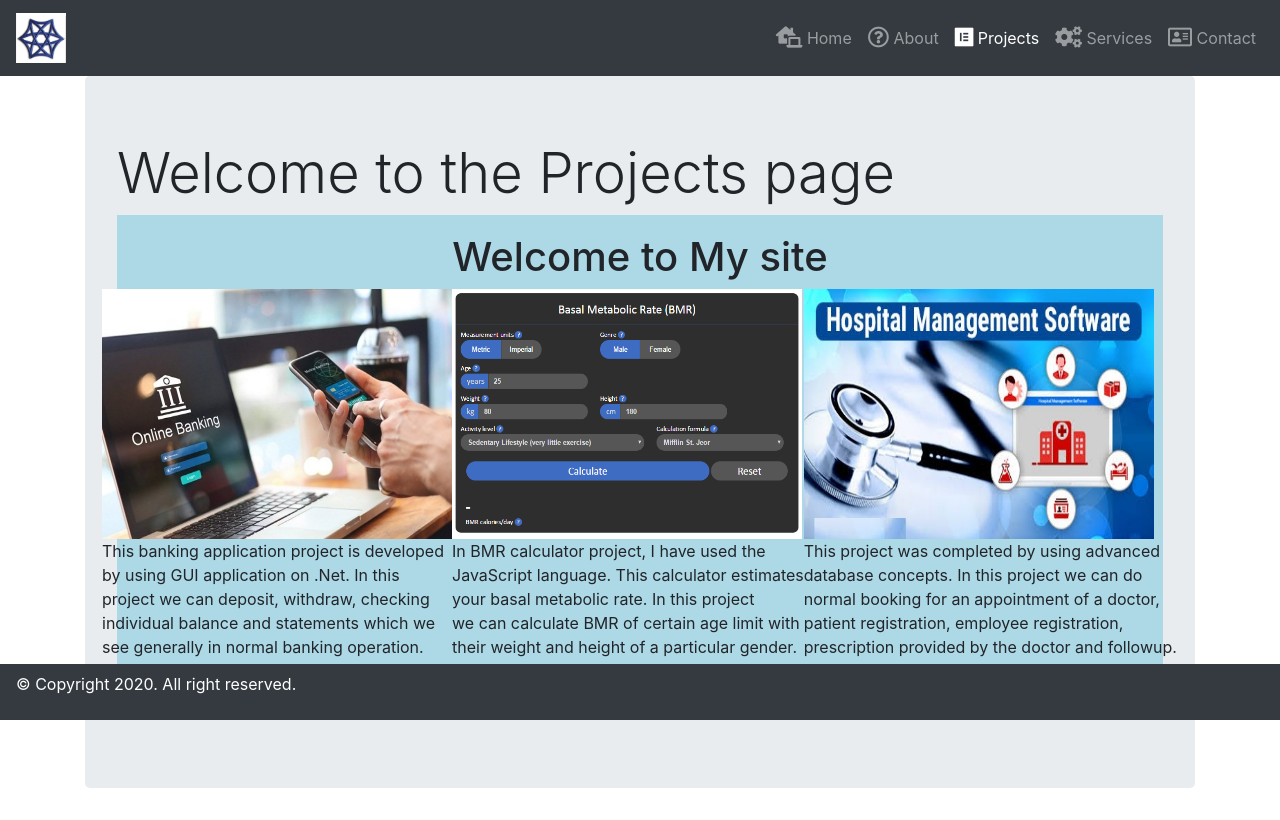
Repository: laxmangothe2020/COMP229Assignment
Page: http://localhost/projects
An editor plug-in stored every save of this project. The page is shown before and after the next save, followed by the edit.
The browser window is 1280 px wide. The pictures show the whole page.
The page is served by the project's Node server (server.js). Other server files are loaded and not shown.

Above is the page before, as saved 2021-02-11 20:54:59.

### views/index.ejs

<%- include partials/header.ejs %>

   <%- include partials/main_nav.ejs %>

      <!-- Main Contain -->
   <main class="container">
    <div class="jumbotron">
    <h1 class="display-4"> Welcome to the <%= title %> page </h1>
    <!--Using Switch case all infornation passed through here-->
      <% switch (title) {
        case 'Home' : %>
        <%- include partials/home.ejs %>
                <% break;

        case 'About' : %>
        <%- include partials/about.ejs %>
                <% break;

        case 'Projects' : %>
        <%- include partials/projects.ejs %>
                <% break;

        case 'Services' : %>
        <%- include partials/services.ejs %>
                <% break;

        case 'Contact' : %>
        <%- include partials/contact.ejs %>
              <% break;
       } %>
      <hr class="my-4">
    </div>
  </main>

   <%- include partials/bottom_nav.ejs %>


    <%- include partials/footer.ejs %>

### views/partials/header.ejs

<!DOCTYPE html>
<html lang="en">
  <head>
   <meta charset="UTF-8">
   <meta name="viewport" content="with=device-width, initial-scale=1.0">
    <title><%= title %></title>

  <!-- CSS Section-->
  <link rel="stylesheet" href="/bootstrap/dist/css/bootstrap.min.css">
  <link rel="stylesheet" href="/@fortawesome/fontawesome-free/css/all.min.css">
  <link rel='stylesheet' href='/Content/app.css'/>

</head>
<body>

### views/partials/main_nav.ejs
<!-- Main Navigation -->
   <nav class="navbar navbar-expand-lg navbar-dark bg-dark">
      <a class="navbar-brand" href="/"><img src="./Assets/images/hexagon.jpg" alt="Hexagon picture" width="50" height="50"></a>
      <button class="navbar-toggler" type="button" data-toggle="collapse" data-target="#navbarSupportedContent" aria-controls="navbarSupportedContent" aria-expanded="false" aria-label="Toggle navigation">
       <span class="navbar-toggler-icon"></span>
     </button>

     <div class="collapse navbar-collapse" id="navbarSupportedContent">
        <ul class="navbar-nav ml-auto">

          <% if (title == "Home") { %>
        <li class="nav-item active">
        <% } else { %>
        <li class="nav-item">
        <% } %>
          <a class="nav-link" href="/home"><i class="fas fa-lg fa-laptop-house"></i> Home </a>
        </li>

        <% if (title == "About") { %>
          <li class="nav-item active">
          <% } else { %>
          <li class="nav-item">
          <% } %>
        <a class="nav-link" href="/about"><i class="far fa-lg fa-question-circle"></i> About </a>
        </li>

        <% if (title == "Projects") { %>
          <li class="nav-item active">
          <% } else { %>
          <li class="nav-item">
          <% } %>
        <a class="nav-link" href="/projects"><i class="fab fa-lg fa-elementor"></i> Projects </a>
        </li>

        <% if (title == "Services") { %>
          <li class="nav-item active">
          <% } else { %>
          <li class="nav-item">
          <% } %>
        <a class="nav-link" href="/services"><i class="fas fa-lg fa-cogs"></i> Services </a>
        </li>

        <% if (title == "Contact") { %>
          <li class="nav-item active">
          <% } else { %>
          <li class="nav-item">
          <% } %>
        <a class="nav-link" href="/contact"><i class="far fa-lg fa-address-card"></i> Contact </a>

        </li>

      </div>
    </nav>

### views/partials/home.ejs
<body>
   <div style="background-color: lightblue;margin-bottom: 10px">
                    <h3 style="padding-left: 40px;padding-top:10px;color: #AA7439"><h1 style="text-align:center;">Welcome to My site</h1>
                    <div style="width: 100%;height:100%;background-color:lightblue;">
                        <img src="./Assets/images/homeimg.png" alt="3D Picture" width="450" style="float: right;margin-left: 20px;margin-right:20px;">
                       <p style="padding-left:15px; padding-right: 10px; color:#696969;margin:20px;text-align: justify;line-height:1.7;padding-bottom: 20px;">
                           Your new MyWebsite Now is here! Let's build and publish your website together. We developed this series of help articles to introduce you to the basic functions of web design with your MyWebsite Now.Our industry software experts have years of experience building business automation web solutions for a number of verticals. We use custom APIs and our mastery of web services to build web-based automation services for applications like inventory control, digital marketing and customer relationship management.
                           <br> <br><b> MISSION STATEMENT </b><br><br>
                            My mission is to have a successful careers in software engineering and graduate education with a thorough understanding of software engineering and experiential learning opportunities to apply that knowledge to solve real-world problems.
                             </p>
                    </div>
                    </div>
        <p>
         <h5 style="text-align:center;"><a href="/about"> About Page</a></h5>
        </p>
         <div >
                <div class="social" style="float:left;clear:none;float: right;">

                   <img src="./Assets/images/fbcolor.png">

                   <img src="./Assets/images/InstaColor.png">

                    <img src="./Assets/images/twitterColor.png">
                    <img src="./Assets/images/gPlusColor.png">
               </div>
            </div>

</body>

### views/partials/about.ejs

         <div id="contentEditable">


                    <div style="background-color: lightblue;">
                        <h3 style="padding-left: 40px;padding-top:20px;color: #AA7439"><h3 style="text-align:center;"> About Me </h3>
                        <div style="width: 100%;height:100%;background-color:lightblue;">
                            <img src="./Assets/images/laxman.jpeg" alt="Security for Life" width="300" style="float: right;margin-left: 30px;margin-right:30px">
                           <p style="padding-left:15px; padding-right: 10px; color:#696969;margin:20px;text-align: justify;line-height:1.7;padding-bottom: 20px;">
                             Hello, my name is Laxman Gothe. Currently, I am a student of Software Engineering Technology in the 3rd semester. I am from Nepal. I believe that learning never ends. I love hiking, rafting, and traveling to new places in my free time.
                             <br>
                             <br>
                             Regarding to my education, I had completed a bachlor's degree in Electronics and Communication Engineering fro Tribhuvan University, Nepal.
                             <br>
                             <br>
                             I had enrolled in Software Engineering Technology at Centennial College to a software developer and currently I am enrolled in 3rd semester. Software technology is my first subject that I am taking in Canada and I am enjoying it as it is my part of interest too.
                             <br>
                             <br>
                             Thank You
                             <br>
                             <br>
                             With Regards
                             <br>
                             <br>
                             Laxman Gothe
                             <br>
                             <br>
                             301102988

                           </p>
                       </div>


                    </div>
        </div>
<p>
<h5 style="text-align:center;"><a href="/public/PDF/resume.pdf"> Resume </a></h5>
</p>

### views/partials/projects.ejs
<body>
 <div style="background-color: lightblue;margin-bottom: 15px">
     <h3 style="padding-left: 40px;padding-top:10px;color: #AA7439">
        <h1 style="text-align:center;">Welcome to My site</h1> <div style="width: 100%;height:100%;background-color:lightblue;"></div>
          <div id="contentEditable">
            <div class="row">
             <div class="column">
              <img src="./Assets/images/banking.jpg" width="350" height="250">
              <p> This banking application project is developed<br>
                 by using GUI application on .Net. In this  <br>
                 project we can deposit, withdraw, checking<br>
                 individual balance and statements which we <br>
                 see generally in normal banking operation.</p>
            </div>


           <div class="column">
             <img src="./Assets/images/bmr.png" width="350" height="250" >
              <p> In BMR calculator project, I have used the<br>
                  JavaScript language. This calculator estimates <br>
                  your basal metabolic rate. In this project <br>
                  we can calculate BMR of certain age limit with <br>
                  their weight and height of a particular gender.</p>
           </div>
           <div class="column">
               <img src="./Assets/images/hospital.jpg" width="350" height="250" >
               <p> This project was completed by using advanced<br>
                   database concepts. In this project we can do <br>
                   normal booking for an appointment of a doctor,<br>
                   patient registration, employee registration,<br>
                   prescription provided by the doctor and followup.</p>
           </div>
      </div>
  </div>
 </body>

### views/partials/services.ejs


<div class="row">
    <div class="column">
        <img src="./Assets/images/mobile.jpg" width="350" height="250" >
    </div>
    <div class="column">
        <img src="./Assets/images/game.jpg" width="350" height="250" >
    </div>
    <div class="column">
        <img src="./Assets/images/quality.jpg" width="350" height="250" >
    </div>
    <br><p><b>Services we provides are:</b></p><br>
    <br><ul style="list-style-image:url(images/bullet.png);">
    <li>Mobile Development  📱</li>
    <li>Game Development  🎮</li>
    <li>Quality Assurance  🎖️</li>
    <li>Website Design  🌐</li>
    <li>Technical Support  ♻️</li>
    </ul>
</div>

### views/partials/contact.ejs
<body>
 <div style="background-color: lightblue;margin-bottom: 10px">
  <h3 style="padding-left: 40px;padding-top:10px;color: #AA7439"><h1 style="text-align:center;">Welcome to My site</h1>
   <div style="width: 100%;height:100%;background-color:lightblue;">
      <div class="container">
       <h5 class="display-5">Please Fillup the following details</h5>
         <div id="errorMessage" class="alert alert-danger" role="alert" hidden>
       </div>

     <form id="conactForm">
      <div class="form-group">
        <label for="firstName">First Name</label>
        <input type="text" class="form-control" id="firstName" name="firstName" aria-describedby="firstName"
        placeholder="Enter First Name" required autofocus>
      </div>

      <div class="form-group">
        <label for="lastName">Last Name</label>
        <input type="text" class="form-control" id="lastName" name="lastName" aria-describedby="lastName"
        placeholder="Enter Last Name" required>
      </div>

      <div class="form-group">
        <label for="contactNumber">Contact Number</label>
        <input type="tel" class="form-control" id="contactNumber" name="contactNumber" aria-describedby="contactNumber"
        placeholder="Enter Contact Number" required>
      </div>

      <div class="form-group">
        <label for="emailAddress">Email address</label>
        <input type="email" class="form-control" id="emailAddress" name="emailAddress" aria-describedby="emailAddress"
        placeholder="Enter Email" required>
      </div>

      <div class="form-group">
        <label for="shortMessage">Your Message</label>
        <textarea class="form-control" id="shortMessage"  name="shortMessage" rows="3" aria-describedby="shortMessage" placeholder="--If you have Short message, please write here--" required></textarea></textarea>
      </div>

      <button type="button" class="btn btn-outline-success">Submit</button></a>
      <!--<button id="submitButton" type="submit" class="btn btn-primary btn-lg"><i class="fas fa-share-square"></i> Send</button> -->
      <button type="button" class="btn btn-outline-danger">Cancel</button>
     </form>
     </div>
    </div>
   </div>
   </body>

### views/partials/bottom_nav.ejs
<!-- Bottom Nav -->

    <footer>

       <nav class="navbar fixed-bottom navbar-dark bg-dark">
           <p style="color:white;">&copy; Copyright 2020. All right reserved.</p>
       </nav>

    </footer>

### views/partials/footer.ejs
<!-- Script Section-->
    <script src="/jquery/dist/jquery.min.js"></script>
    <script src="/bootstrap/dist/js/bootstrap.min.js"></script>
    <script src="/Scripts/app.js"></script>
 </body>
</html>

### server.js
#!/usr/bin/env node

/**
 * Module dependencies.
 */

let app = require('./app');
let debug = require('debug')('week4:server');
let http = require('http');

/**
 * Get port from environment and store in Express.
 */

let port = normalizePort(process.env.PORT || '3000');
app.set('port', port);

/**
 * Create HTTP server.
 */

let server = http.createServer(app);

/**
 * Listen on provided port, on all network interfaces.
 */

server.listen(port);
server.on('error', onError);
server.on('listening', onListening);

/**
 * Normalize a port into a number, string, or false.
 */

function normalizePort(val) {
  let port = parseInt(val, 10);

  if (isNaN(port)) {
    // named pipe
    return val;
  }

  if (port >= 0) {
    // port number
    return port;
  }

  return false;
}

/**
 * Event listener for HTTP server "error" event.
 */

function onError(error) {
  if (error.syscall !== 'listen') {
    throw error;
  }

  let bind = typeof port === 'string'
    ? 'Pipe ' + port
    : 'Port ' + port;

  // handle specific listen errors with friendly messages
  switch (error.code) {
    case 'EACCES':
      console.error(bind + ' requires elevated privileges');
      process.exit(1);
      break;
    case 'EADDRINUSE':
      console.error(bind + ' is already in use');
      process.exit(1);
      break;
    default:
      throw error;
  }
}

/**
 * Event listener for HTTP server "listening" event.
 */

function onListening() {
  let addr = server.address();
  let bind = typeof addr === 'string'
    ? 'pipe ' + addr
    : 'port ' + addr.port;
  debug('Listening on ' + bind);
}

### routes/index.js
var express = require('express');
var router = express.Router();

/* GET home page. */
router.get('/', function(req, res, next) {
  res.render('index', { title: 'Home'});
});

/* GET home page. */
router.get('/home', function(req, res, next) {
  res.render('index', { title: 'Home'});
});

/* GET About page. */
router.get('/about', function(req, res, next) {
  res.render('index', { title: 'About'});
});

/* GET Products page. */
router.get('/projects', function(req, res, next) {
  res.render('index', { title: 'Projects'});
});

/* GET Services page. */
router.get('/services', function(req, res, next) {
  res.render('index', { title: 'Services'});
});


/* GET Contact us page. */
router.get('/contact', function(req, res, next) {
  res.render('index', { title: 'Contact'});
});

module.exports = router;

### app.js
//installed third party packages
let createError = require('http-errors');
let express = require('express');
let path = require('path');
let cookieParser = require('cookie-parser');
let logger = require('morgan');

let indexRouter = require('./routes/index');
let usersRouter = require('./routes/users');

let app = express();

// view engine setup
app.set('views', path.join(__dirname, 'views'));
app.set('view engine', 'ejs');

app.use(logger('dev'));
app.use(express.json());
app.use(express.urlencoded({ extended: false }));
app.use(cookieParser());
app.use(express.static(path.join(__dirname, 'public')));
app.use(express.static(path.join(__dirname, 'node_modules')));

app.use('/', indexRouter);
app.use('/users', usersRouter);
app.use('/public/images', express.static('./public/images') ) ;
app.use('/public/PDF', express.static('./public/PDF'));
app.use('/views/partials', express.static('./views/partials'));


// catch 404 and forward to error handler
app.use(function(req, res, next) {
  next(createError(404));
});

// error handler
app.use(function(err, req, res, next) {
  // set locals, only providing error in development
  res.locals.message = err.message;
  res.locals.error = req.app.get('env') === 'development' ? err : {};

  // render the error page
  res.status(err.status || 500);
  res.render('error');
  res.render('error', {title: 'Error'});
});

module.exports = app;

### public/Content/app.css
/* Custom CSS goes here */

### public/Scripts/app.js
// IIFE
(function(){
    function start()
    {
        console.log("App started...")
    }
    window.addEventListener("load", start);

})();

After the next save:
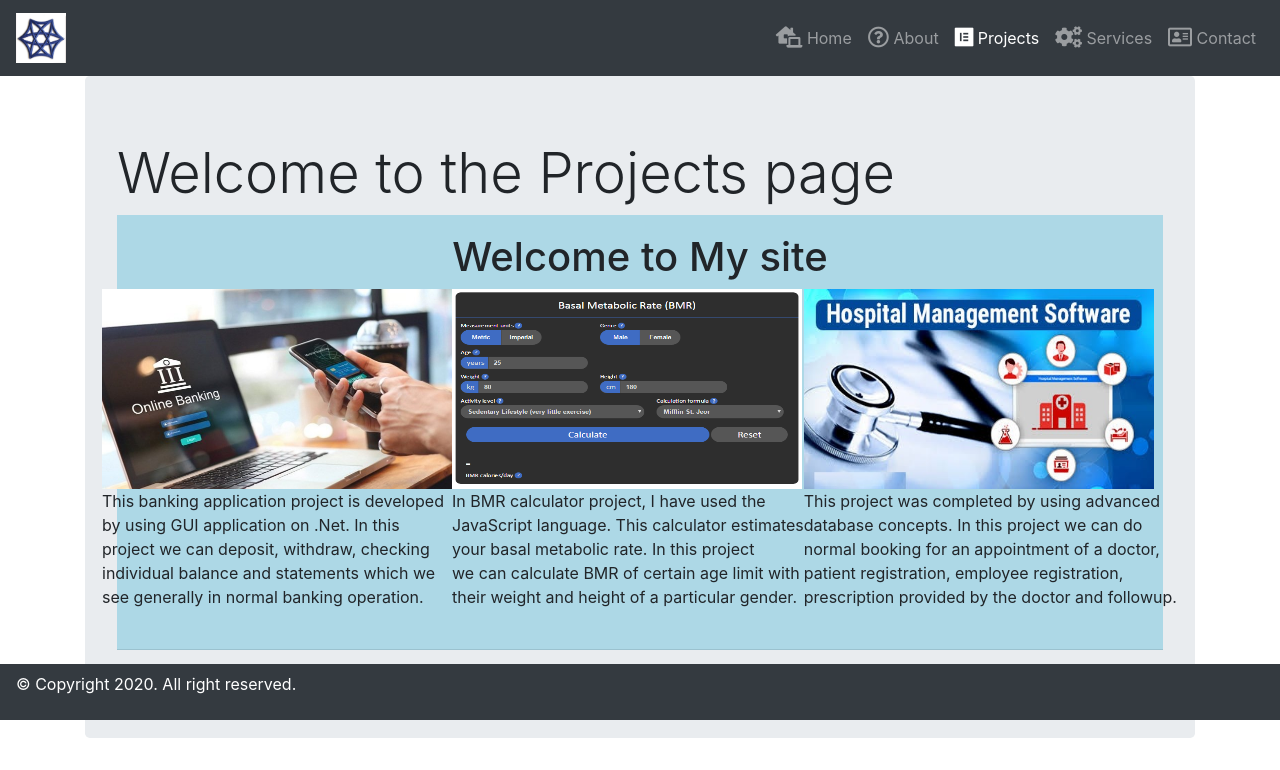
Saved 97 s later.
--- a/views/partials/projects.ejs
+++ b/views/partials/projects.ejs
@@ -5,7 +5,7 @@
           <div id="contentEditable">
             <div class="row">
              <div class="column">
-              <img src="./Assets/images/banking.jpg" width="350" height="250">
+              <img src="./Assets/images/banking.jpg" width="350" height="200">
               <p> This banking application project is developed<br>
                  by using GUI application on .Net. In this  <br>
                  project we can deposit, withdraw, checking<br>
@@ -15,7 +15,7 @@
 
 
            <div class="column">
-             <img src="./Assets/images/bmr.png" width="350" height="250" >
+             <img src="./Assets/images/bmr.png" width="350" height="200" >
               <p> In BMR calculator project, I have used the<br>
                   JavaScript language. This calculator estimates <br>
                   your basal metabolic rate. In this project <br>
@@ -23,7 +23,7 @@
                   their weight and height of a particular gender.</p>
            </div>
            <div class="column">
-               <img src="./Assets/images/hospital.jpg" width="350" height="250" >
+               <img src="./Assets/images/hospital.jpg" width="350" height="200" >
                <p> This project was completed by using advanced<br>
                    database concepts. In this project we can do <br>
                    normal booking for an appointment of a doctor,<br>
